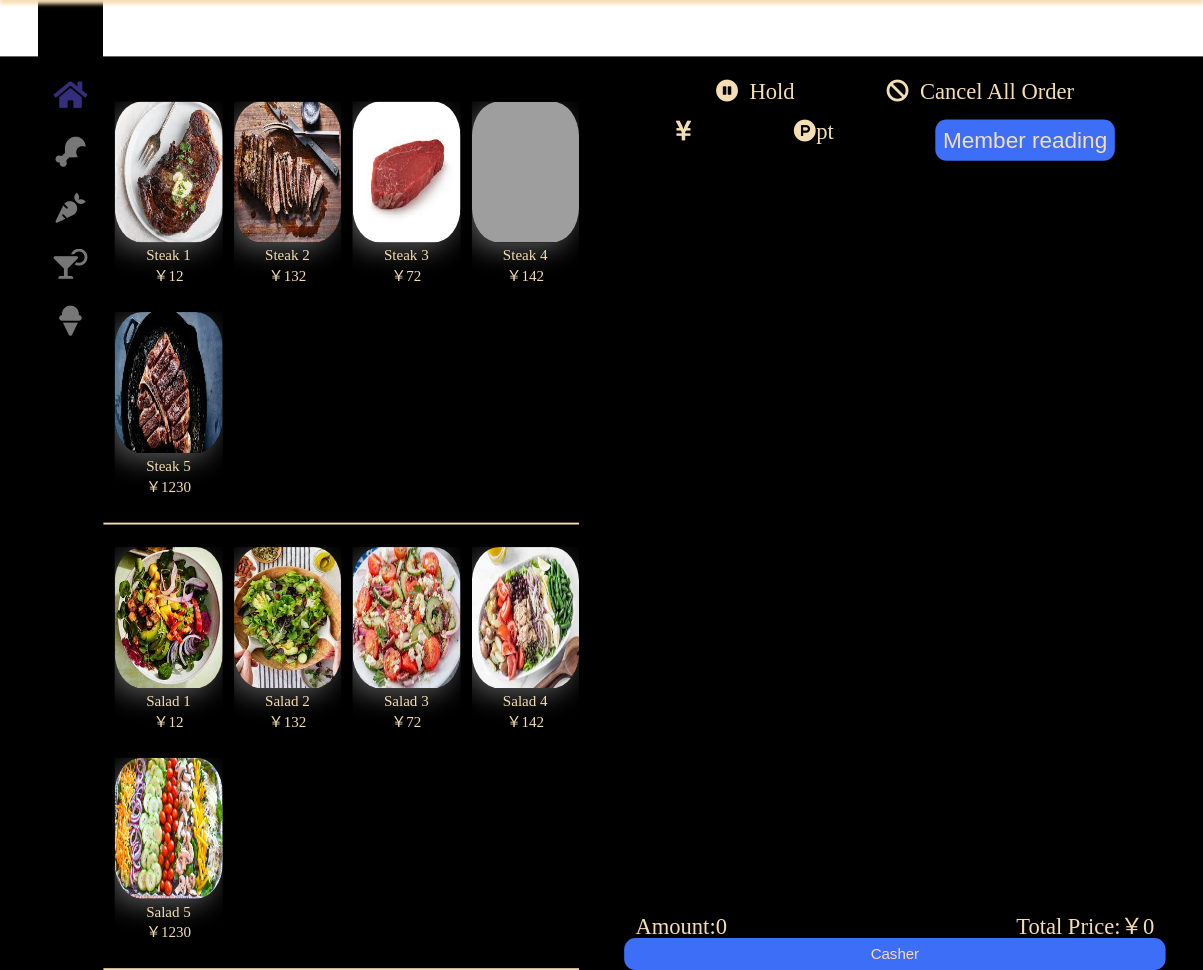
Repository: vuhungson158/Menu
Page: /
These files come from the project's save history. The page is drawn as it stood at one moment and after the next save; the edit follows.
The browser window is 1280 px wide. The pictures show the whole page, at 94% of full size.
Pictures or frames that could not be fetched are drawn as grey boxes. The project was rebuilt for these pictures with package versions that can differ from the ones it lists, and the page was loaded fresh each time. Also part of the build but not shown: src/component/mainMenu/orderBlock/orderContent/OrderedItem.jsx, src/redux-store/actions/HoldActions.jsx, src/component/mainMenu/orderBlock/utilities/HoldItem.jsx.

Above is the page before, as saved 2021-08-22 10:26:20.

### public/index.html
<!DOCTYPE html>
<html lang="en">
  <head>
    <meta charset="utf-8" />
    <link rel="icon" href="%PUBLIC_URL%/favicon.ico" />
    <meta name="viewport" content="width=device-width, initial-scale=1" />
    <meta name="theme-color" content="#000000" />
    <meta
      name="description"
      content="Web site created using create-react-app"
    />
    <link rel="apple-touch-icon" href="%PUBLIC_URL%/logo192.png" />
    <!--
      manifest.json provides metadata used when your web app is installed on a
      user's mobile device or desktop. See https://developers.google.com/web/fundamentals/web-app-manifest/
    -->
    <link rel="manifest" href="%PUBLIC_URL%/manifest.json" />
    <link rel="stylesheet" href="fontawesome-5.15.3-web/css/all.min.css">

    <!--
      Notice the use of %PUBLIC_URL% in the tags above.
      It will be replaced with the URL of the `public` folder during the build.
      Only files inside the `public` folder can be referenced from the HTML.

      Unlike "/favicon.ico" or "favicon.ico", "%PUBLIC_URL%/favicon.ico" will
      work correctly both with client-side routing and a non-root public URL.
      Learn how to configure a non-root public URL by running `npm run build`.
    -->
    <title>Restaurant Menu</title>
  </head>
  <body>
    <noscript>You need to enable JavaScript to run this app.</noscript>
    <div id="root"></div>
    <!--
      This HTML file is a template.
      If you open it directly in the browser, you will see an empty page.

      You can add webfonts, meta tags, or analytics to this file.
      The build step will place the bundled scripts into the <body> tag.

      To begin the development, run `npm start` or `yarn start`.
      To create a production bundle, use `npm run build` or `yarn build`.
    -->
  </body>
</html>

### src/redux-store/index.jsx
import { createStore, applyMiddleware } from "redux";
import { composeWithDevTools } from "redux-devtools-extension";
import thunk from "redux-thunk";
import rootReducer from "./reducers";

const initialState = {};

const middleware = [thunk];

const store = createStore(
    rootReducer,
    initialState,
    composeWithDevTools(applyMiddleware(...middleware))
);

export default store;

### src/component/mainMenu/index.jsx
import React from 'react';
import CenterMenu from './centerMenu';
import OrderBlock from './orderBlock';

const MainMenu = () => {
    return (
        <div id="main-menu">
            <div className="container">
                <div className="grid">
                    <CenterMenu />
                    <OrderBlock />
                </div>
            </div>
        </div >
    )
}

export default MainMenu

### src/styles/App.scss
@import "./_variables";
@import "./mixin";

* {
    box-sizing: border-box;
    font-family: "Fira sans", sans-serif;
}
body {
    font-size: 10px;
}

@media (max-width: $breakpoint_mobile) {
    :root {
        --container_width: 100%;
    }
}
@media (min-width: $breakpoint_mobile) {
    :root {
        --container_width: 720px;
    }
}
@media (min-width: $breakpoint_ipad) {
    :root {
        --container_width: 960px;
    }
}
@media (min-width: $breakpoint_sm_pc) {
    :root {
        --container_width: 1200px;
    }
}
@media (min-width: $breakpoint_pc) {
    :root {
        --container_width: 1800px;
    }
}

.container {
    margin: 0 auto;
    max-width: var(--container_width);
}

#navbar {
    position: fixed;
    height: $navbar_height;
    top: 0;
    left: 0;
    right: 0;
    z-index: $navbar_z-index;
    background-color: $background-color_1st;
    color: $color_1st;
    box-shadow: 0 4px 4px 0 $color_1st;
    transition: 0.5s;

    .container {
        position: relative;
        display: flex;
        align-items: center;
        justify-content: space-between;

        h1 {
            color: $color_1st;
            font-size: 3.6rem;
            font-weight: 900;
            letter-spacing: 2px;
            text-transform: uppercase;
        }

        #clock {
            font-size: 2.4rem;
            font-weight: 600;
        }

        .setting-icon {
            display: block;
            position: relative;
            z-index: 1;
            user-select: none;
            appearance: none;
            border: none;
            outline: none;
            background: none;
            cursor: pointer;

            span {
                display: block;
                position: relative;
                width: 36px;
                height: 4px;
                margin-bottom: 6px;
                background-color: $background-color_2nd;
                border-radius: 10%;
                z-index: 1;
                transform-origin: 0 0;
                transition: 0.5s;
            }

            &:hover span:nth-child(2) {
                background-color: $color_3rd;
            }

            &.active {
                span:nth-child(1) {
                    transform: translate(0px, -2px) rotate(45deg);
                }
                span:nth-child(2) {
                    opacity: 0;
                    transform: translateX(36px);
                }
                span:nth-child(3) {
                    transform: translate(-3px, 3px) rotate(-45deg);
                }
            }
            .setting-menu {
                position: absolute;
                right: 0;
                border: 2px solid $color_2nd;
                border-radius: 5%;
                overflow: hidden;
                padding: 12px;
                background-color: $background-color_1st;
                cursor: auto;
                animation: dropDown 0.2s;

                li {
                    min-width: 120px;
                    cursor: pointer;
                    text-align: center;
                    padding: 12px 8px;
                    font-size: 1.6rem;
                    transition: 0.2s;
                    &:hover {
                        transform: scale(1.2);
                        color: $color_3rd;
                    }
                }
            }
        }
    }
}

#main-menu {
    background-color: $background-color_1st;
    margin-top: $navbar_height;
    min-height: 100vh;
    .container {
        padding-top: 24px;
        .grid {
            --margin_left: 48px;
            display: flex;
            margin-left: calc(-1 * var(--margin_left));
            #center-menu,
            #order-block {
                margin-left: var(--margin_left);
                width: calc(50% - var(--margin_left));
            }
            #center-menu {
                --side-nav_width: 70px;
                #side-nav {
                    position: fixed;
                    top: 0;
                    bottom: 0;
                    width: var(--side-nav_width);
                    background: $background-color_1st;
                    overflow: hidden;
                    transition: width 0.2s;
                    z-index: 1;
                    &:hover {
                        width: 300px;
                    }
                    ul {
                        position: absolute;
                        top: 0;
                        left: 0;
                        width: 100%;
                        padding-left: 5px;
                        top: 10%;
                        li {
                            opacity: 0.5;
                            a {
                                position: relative;
                                display: block;
                                width: 100%;
                                display: flex;
                                text-decoration: none;
                                color: $color_2nd;
                                font-size: 2rem;
                                .icon {
                                    position: relative;
                                    display: block;
                                    min-width: 60px;
                                    height: 60px;
                                    line-height: 60px;
                                    text-align: center;
                                    i {
                                        position: relative;
                                        font-size: 2rem;
                                        z-index: 1;
                                    }
                                }
                                .title {
                                    position: relative;
                                    display: block;
                                    padding-left: 10px;
                                    height: 60px;
                                    line-height: 60px;
                                    white-space: nowrap;
                                }
                            }
                            &.active,
                            &:hover {
                                .icon,
                                .title {
                                    transition: 0.2s;
                                    color: $color_3rd;
                                }
                            }
                        }
                    }
                }
                #menu {
                    margin-left: calc(var(--side-nav_width) + 12px);
                    .page {
                        --spacing: 12px;
                        --columns: 4;
                        display: flex;
                        flex-wrap: wrap;
                        margin-left: calc(-1 * var(--spacing));
                        margin-top: calc(2 * var(--spacing));
                        border-bottom: 2px solid $background-color_2nd;
                        .food-item {
                            overflow: hidden;
                            margin-left: var(--spacing);
                            width: calc(100% / var(--columns) - var(--spacing));
                            display: flex;
                            flex-direction: column;
                            height: 200px;
                            cursor: pointer;
                            margin-bottom: calc(2 * var(--spacing));
                            transition: 0.2s;
                            &:hover .food-img {
                                box-shadow: 7px -7px 28px 0 $background-color_3rd;
                            }
                            .food-img {
                                height: 150px;
                                border-radius: 25%;
                                box-shadow: -7px 7px 28px 0 $box-shadow-color;
                            }
                            .food-name,
                            .food-price {
                                color: $color_1st;
                                text-align: center;
                                margin-top: calc(0.5 * var(--spacing));
                            }
                        }
                    }
                }
            }
            #order-block {
                display: flex;
                flex-direction: column;
                #utilities {
                    position: relative;
                    display: flex;
                    justify-content: space-evenly;
                    color: $color_1st;
                    font-size: 1.5rem;
                    z-index: 1;
                    & > div {
                        cursor: pointer;
                        transition: 0.2s;
                        &:hover {
                            color: $color_3rd;
                        }
                    }
                    #hold-table {
                        position: absolute;
                        left: 0;
                        width: 100%;
                        z-index: 100;
                        background-color: $background-color_1st;
                        border: 1px solid $background-color_2nd;
                        cursor: default;
                        text-align: center;
                        margin-top: 24px;
                        animation: dropDown 0.2s;
                        &:hover {
                            color: $color_1st;
                        }
                        thead {
                            background-color: $background-color_4th;
                            td {
                                color: $color_1st;
                                padding: 6px 0;
                                font-weight: 600;
                            }
                        }
                        tbody {
                            tr {
                                transition: 0.2s;
                                cursor: pointer;
                                box-sizing: border-box;
                                td {
                                    padding: 24px 0;
                                }
                                &:hover {
                                    color: $color_3rd;
                                    border: 1px solid $background-color_2nd;
                                }
                            }
                        }
                    }
                }
                #member-info {
                    display: flex;
                    justify-content: space-around;
                    color: $color_1st;
                    font-size: 1.5rem;
                    margin-top: 18px;
                    .member-reading {
                        border-radius: 12px;
                        border: 0;
                        background-color: $background-color_4th;
                        color: $color_1st;
                        padding: 8px;
                        &:hover {
                            opacity: 0.8;
                        }
                    }
                }
                #order-list {
                    flex-grow: 1;
                }
                #total {
                    display: flex;
                    justify-content: space-between;
                    color: $color_1st;
                    font-size: 1.5rem;
                    margin: 0 12px;
                }
                #casher-btn {
                    border-radius: 12px;
                    border: 0;
                    background-color: $background-color_4th;
                    color: $color_1st;
                    padding: 8px;
                    &:hover {
                        opacity: 0.8;
                    }
                }
            }
        }
    }
}

### src/redux-store/reducers/index.jsx
import { combineReducers } from "redux";
import HoldReducer from "./HoldReducer";
import MenuReducer from "./MenuReducer";
import OrderReducer from "./OrderReducer";

const rootReducer = combineReducers({
    menu: MenuReducer,
    order: OrderReducer,
    hold:HoldReducer
});

export default rootReducer;

### src/component/mainMenu/centerMenu/index.jsx
import React from 'react';
import MenuPage from './MenuPage';
import PropTypes from 'prop-types';
import { connect } from 'react-redux';
import SideBar from './sidebar';

const CenterMenu = ({ foods }) => {
    return (
        <div id="center-menu">
            <SideBar />
            <div id="menu">
                {
                    Object.entries(foods).map(page => (
                        <MenuPage key={page[0]} page={page[1]} />
                    ))
                }
            </div>
        </div >
    )
};

CenterMenu.prototype = {
    foods: PropTypes.array.isRequired,
};

const mapStateToProps = state => ({
    foods: state.menu.foods
});

export default connect(mapStateToProps)(CenterMenu)

### src/component/mainMenu/orderBlock/index.jsx
import React from 'react'
import MemberInfo from './MemberInfo'
import OrderedContent from './orderContent'
import Utilities from './utilities'


const OrderBlock = () => {

    return (
        <div id="order-block" className="d-flex flex-column">
            <Utilities />
            <MemberInfo />
            <OrderedContent />
            <button id="casher-btn" className="btn btn-primary">Casher</button>
        </div>
    )
}

export default OrderBlock

### src/component/navbar/Clock.jsx
import React, { useEffect, useState } from 'react'
import { showTime } from '../../pure-JS/MyTime';

const Clock = () => {

    const [clock, setClock] = useState("")

    useEffect(() => {
        const intervalClock = setInterval(() => setClock(showTime()), 1000);
        return () => clearInterval(intervalClock);
    }, []);

    return (
        <div id="clock">{clock ? clock : showTime()}</div>
    )
}

export default Clock

### src/styles/_variables.scss
:root {
    --spacing: 0;
    --container_width: 0;
    --columns: 0;
}

// Color
$color_1st: wheat;
$color_2nd: #eee;
$color_3rd: #6a5af9;
$color_4th: #3d6ef7;
$color_light: #ededed;
$color_dark: black;

$box-shadow-color: #555;

// Background Color
$background-color_1st: black;
$background-color_2nd: wheat;
$background-color_3rd: #6a5af9;
$background-color_4th: #3D6EF7;;

// z-index
$navbar_z-index: 99;

// Height
$navbar_height: 60px;

// Width
$breakpoint_mobile: 768px;
$breakpoint_ipad: 1024px;
$breakpoint_sm_pc: 1224px;
$breakpoint_pc: 1824px;

### src/styles/_mixin.scss
@keyframes dropDown {
    0% {
        transform: translateY(-100px);
    }
    100% {
        transform: skewY(0);
    }
}

### src/redux-store/reducers/HoldReducer.jsx
import { MAKE_HOLD } from "../actions/TYPE";

var initialState = {
    holder: [{}, {}, {}, {}, {}, {}, {}, {}, {}, {}]
}

const HoldReducer = (state = initialState, action) => {
    const { type, payload } = action;

    switch (type) {
        case MAKE_HOLD:
            if (payload.totalAmount === 0) {
                state.holder[payload.index] = {};
                return state;
            } else {
                state.holder[payload.index] = payload;
                return state;
            }
        default:
            return state;
    }
};

export default HoldReducer;

### src/redux-store/reducers/MenuReducer.jsx
import { SWITCH_BRANCH } from "../actions/TYPE";
import { MenuInitialState } from "./MenuInitialState";

const MenuReducer = (state = MenuInitialState, action) => {
    const { type, payload } = action;

    switch (type) {
        case SWITCH_BRANCH:
            return {
                ...state,
                branchs: state.branchs.map((branch) => {
                    if (branch.id === payload) branch.active = true;
                    else if (branch.active) branch.active = false;
                    return branch;
                })
            };
        default:
            return state;
    }
};

export default MenuReducer;

### src/component/mainMenu/centerMenu/MenuPage.jsx
import React from 'react'
import MenuItem from './MenuItem'

const MenuPage = ({ page }) => {
    return (
        <div className="page">
            {
                page.map((food) => (
                    <MenuItem key={food.id} food={food} />
                ))
            }
        </div>
    )
}

export default MenuPage

### src/component/mainMenu/centerMenu/sidebar/index.jsx
import React from 'react'
import PropTypes from 'prop-types';
import { connect } from 'react-redux';
import { switchBranch } from '../../../../redux-store/actions/MenuActions';

const SideBar = ({branchs, switchBranch}) => {
    return (
        <div id="side-nav" className="side-nav">
            <ul>
                {
                    branchs.map((branch) => (
                        <li key={branch.id} className={branch.active ? "list active" : "list"} >
                            <a href="/#" onClick={() => switchBranch(branch.id)}>
                                <span className="icon"><i className={branch.icon}></i></span>
                                <span className="title">{branch.name}</span>
                            </a>
                        </li>
                    ))
                }
            </ul>
        </div>
    )
}

SideBar.prototype = {
    branchs: PropTypes.array.isRequired,
    switchBranch: PropTypes.func.isRequired
};

const mapStateToProps = state => ({
    branchs: state.menu.branchs
});

export default connect(mapStateToProps, { switchBranch })(SideBar)

### src/component/mainMenu/orderBlock/MemberInfo.jsx
import React from 'react'

const MemberInfo = () => {
    return (
        <div id="member-info">
            <div>
                <i className="fas fa-yen-sign"></i>
                <span></span>
            </div>
            <div>
                <i className="fab fa-product-hunt"></i>
                <span>pt</span>
            </div>
            <button className="member-reading">
                Member reading
            </button>
        </div>
    )
}

export default MemberInfo

### src/component/mainMenu/centerMenu/MenuItem.jsx
import React from 'react'
import PropTypes from 'prop-types';
import { connect } from 'react-redux';
import { addToOrder } from '../../../redux-store/actions/OrderActions';

const MenuItem = ({ food, addToOrder }) => {

    return (
        <div className="food-item" key={food.id} onClick={() => { addToOrder(food) }}>
            <img className="food-img" src={food.img} alt="" />
            <div className="food-name">{food.name}</div>
            <div className="food-price">￥{food.price}</div>
        </div>
    )
}

MenuItem.prototype = {
    addToOrder: PropTypes.func.isRequired,
};

const mapStateToProps = state => ({
});

export default connect(mapStateToProps, { addToOrder })(MenuItem)

### src/redux-store/actions/MenuActions.jsx
import { SWITCH_BRANCH } from "./TYPE";


export const switchBranch = newID => dispatch => {
    dispatch({
        type: SWITCH_BRANCH,
        payload: newID
    })
};

### src/redux-store/actions/OrderActions.jsx
import { ADD_ORDER, AMOUNT_DOWN, AMOUNT_UP, CHANGE_AMOUNT, CLEAR_ALL, HOLD_TO_ORDER } from "./TYPE";
import { v4 as uuidV4 } from "uuid";

export const addToOrder = item => dispatch => {
    dispatch({
        type: ADD_ORDER,
        payload: { ...item, id: uuidV4(), amount: 1 }
    })
};

export const holdToOrder = orders => dispatch => {
    dispatch({
        type: HOLD_TO_ORDER,
        payload: orders
    })
};

export const changeAmount = (id, amount) => dispatch => {
    dispatch({
        type: CHANGE_AMOUNT,
        payload: { id, amount: parseInt(amount, 10) }
    })
};

export const amountUp = id => dispatch => {
    dispatch({
        type: AMOUNT_UP,
        payload: id
    })
};

export const amountDown = (id, amount) => dispatch => {
    dispatch({
        type: AMOUNT_DOWN,
        payload: { id, amount }
    })
};

export const clearAll = () => dispatch => {
    dispatch({
        type: CLEAR_ALL,
        payload: null
    })
};

Loaded but not shown: src/serviceWorker.js (common file); src/styles/Reset.css (common file); public/fontawesome-5.15.3-web/css/all.min.css (library); src/redux-store/reducers/MenuInitialState.js (124 lines, source omitted); src/index.js (20 lines, source omitted); src/redux-store/actions/TYPE.js (13 lines, source omitted); src/pure-JS/MyTime.js (13 lines, source omitted); src/App.js (16 lines, source omitted); src/redux-store/reducers/OrderReducer.jsx (71 lines, source omitted); src/component/mainMenu/orderBlock/utilities/index.jsx (54 lines, source omitted); src/component/navbar/index.jsx (47 lines, source omitted); src/component/mainMenu/orderBlock/orderContent/index.jsx (43 lines, source omitted)

After the next save:
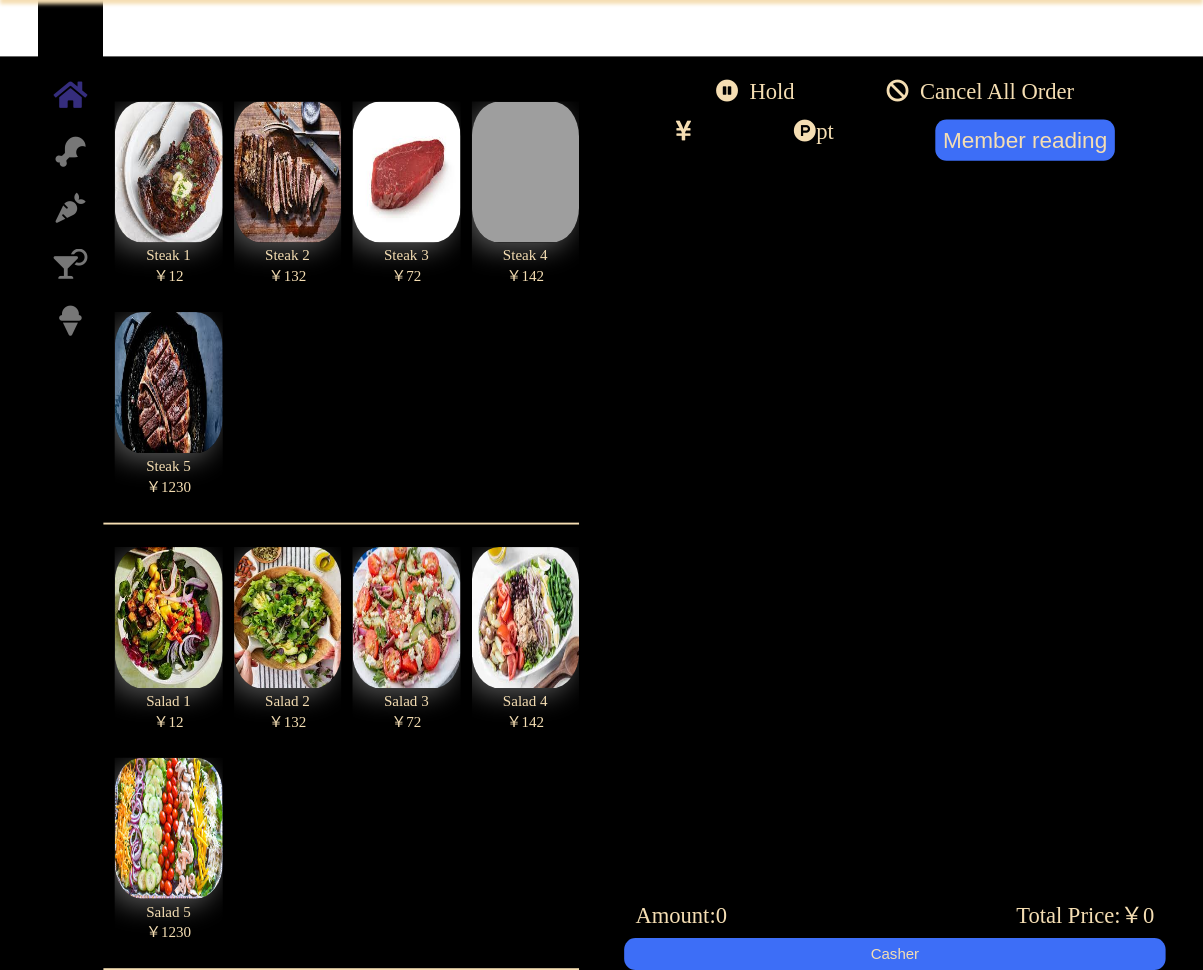
Saved 8 s later.
--- a/src/styles/App.scss
+++ b/src/styles/App.scss
@@ -337,6 +337,7 @@ body {
                     color: $color_1st;
                     font-size: 1.5rem;
                     margin: 0 12px;
+                    margin-bottom: 12px;
                 }
                 #casher-btn {
                     border-radius: 12px;
